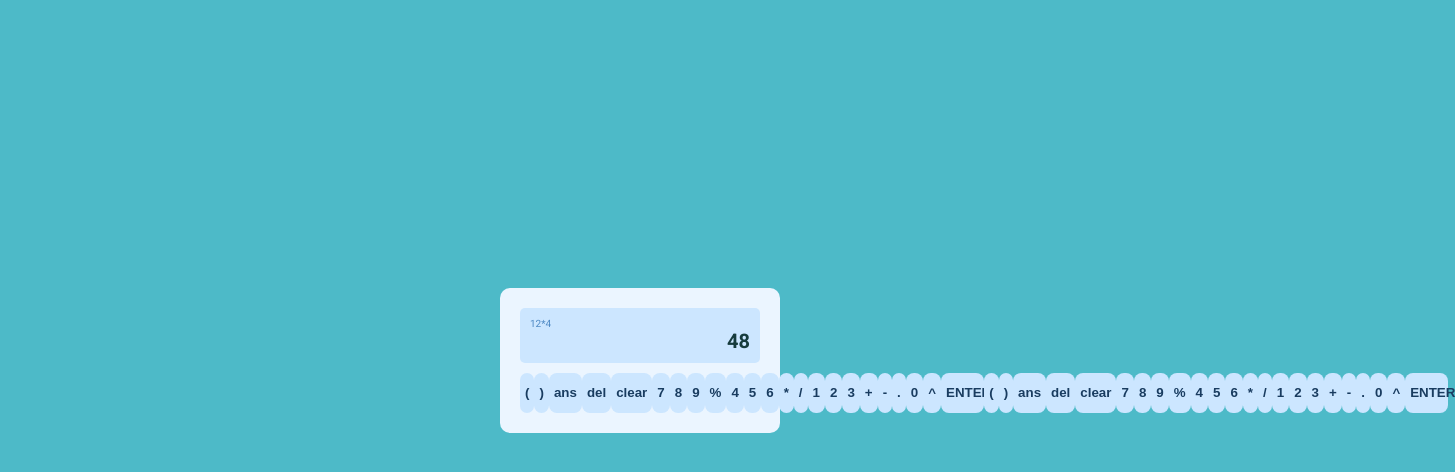
Repository: Herinyhert/Calculate-infix-a-postfix
Page: index.html
These files come from the project's save history. The page is drawn as it stood at one moment and after a run of saves; the edit follows.
The browser window is 1280 px wide. The page is 1455 px wide, then 1411 px, so the pictures cover 1455 px, including what lies to the right of the window. The pictures show the whole page.

Above is the page before, as saved 2023-11-02 19:23:29.

### index.html
<html lang="en">
  <head>
    <meta charset="UTF-8" />
    <meta http-equiv="X-UA-Compatible" content="IE=edge" />
    <meta name="viewport" content="width=device-width, initial-scale=1.0" />
    <title>Calculator</title>
    <link rel="preconnect" href="https://fonts.googleapis.com" />
    <link rel="preconnect" href="https://fonts.gstatic.com" crossorigin />
    <link
      href="https://fonts.googleapis.com/css2?family=Roboto:wght@300;400;500;700&display=swap"
      rel="stylesheet"
    />
    <link rel="stylesheet" href="css/index.css" />
  </head>
  <body>
    <div class="caculate-container">
      <div class="calculator-result-preview">
        <div id="operation">12*4</div>
        <div id="operation-result">48</div>
      </div>
      <div id="calculator-buttons"></div>
    </div>
    <script src="js/index.js" type="module"></script>
  </body>
</html>

### css/index.css
body{
    display: flex;
    justify-content: center;
    align-items: center;
    min-height: 100vh;
    background-color: #4dbac8;
    box-sizing: border-box;
    margin: 0;
    padding: 0;
    font-family: 'Roboto', sans-serif;
}
.caculate-container{
    background-color: #ebf5ff;
    padding: 20px;
    border-radius: 10px;
    width: 240px;
}
.calculator-result-preview{
    background-color: #cce6ff;
    width: auto;
    border-radius: 5px;
    padding: 10px;
}
#operation{
    color: #4f8ac5;
    font-size: 10px;
}
#operation-result{
    color: #173c3d;
    font-size: 20px;
    font-weight: bold;
    display: flex;
    justify-content: flex-end;
}
#calculator-buttons{
    display:flex;
    justify-content: space-between;
    margin-top: 10px;
}
.button{
    background-color: #cce6ff;
    padding: 5px;
    border-radius: 8px;
    width: 18%;
    height: 40px;
    border: 0;
    color: #193c60;
    font-weight: bold;
}

### js/index.js
import { buttons } from './buttons.js';
const buttonContainer = document.getElementById('calculator-buttons');
buttons.forEach(button => {
    const buttonElement = document.createElement('button');
    buttonElement.className = button.className;
    buttonElement.innerText = button.value.toString();
    buttonContainer.appendChild(buttonElement);
});

### js/buttons.js
import { calculate } from "./calculator.js";
let operation = "";
const operationContainer = document.getElementById("operation");
const operationResult = document.getElementById("operation-result");
const buttonContainer = document.getElementById("calculator-buttons");
function addValue(value) {
    operation += value;
    operationContainer.innerHTML = operation;
}
function handleCalculate(operation) {
    operationResult.innerHTML = calculate(operation).toString();
}
function handleClear() {
    operation = "";
    operationContainer.innerHTML = "";
    operationResult.innerHTML = "0";
}
function handleDelete() {
    operation = operation.slice(0, operation.length - 1);
    operationContainer.innerHTML = operation;
}
export const buttons = [
    {
        value: "(",
        className: "button small dark",
        action: addValue,
    },
    {
        value: ")",
        className: "button small dark",
        action: addValue,
    },
    {
        value: "ans",
        className: "button small dark",
        action: addValue,
    },
    {
        value: "del",
        className: "button small dark",
        action: handleDelete,
    },
    {
        value: "clear",
        className: "button small dark",
        action: handleClear,
    },
    {
        value: "7",
        className: "button",
        action: addValue,
    },
    {
        value: "8",
        className: "button",
        action: addValue,
    },
    {
        value: "9",
        className: "button",
        action: addValue,
    },
    {
        value: "%",
        className: "button dark large",
        action: addValue,
    },
    //   {
    //     value: "√",
    //     className: "button dark",
    //     action: addValue,
    //   },
    {
        value: "4",
        className: "button",
        action: addValue,
    },
    {
        value: "5",
        className: "button",
        action: addValue,
    },
    {
        value: "6",
        className: "button",
        action: addValue,
    },
    {
        value: "*",
        className: "button dark",
        action: addValue,
    },
    {
        value: "/",
        className: "button dark",
        action: addValue,
    },
    {
        value: "1",
        className: "button",
        action: addValue,
    },
    {
        value: "2",
        className: "button",
        action: addValue,
    },
    {
        value: "3",
        className: "button",
        action: addValue,
    },
    {
        value: "+",
        className: "button dark",
        action: addValue,
    },
    {
        value: "-",
        className: "button dark",
        action: addValue,
    },
    {
        value: ".",
        className: "button dark",
        action: addValue,
    },
    {
        value: "0",
        className: "button",
        action: addValue,
    },
    {
        value: "^",
        className: "button dark",
        action: addValue,
    },
    {
        value: "ENTER",
        className: "button dark large",
        action: handleCalculate,
    },
];
buttons.forEach((button) => {
    const buttonElement = document.createElement("button");
    buttonElement.className = button.className;
    buttonElement.innerText = button.value.toString();
    if (button.value === "ENTER") {
        buttonElement.addEventListener("click", () => button.action(operation));
    }
    else {
        buttonElement.addEventListener("click", () => button.action(button.value.toLocaleString()));
    }
    buttonContainer === null || buttonContainer === void 0 ? void 0 : buttonContainer.appendChild(buttonElement);
});

### js/calculator.js
import { OPERATORS } from "./enums/operators.js";
const OPERAND_STACK = [];
const OPERATOR_STACK = [];
function isOperator(operator) {
    return (operator === OPERATORS.POW ||
        operator === OPERATORS.MINUS ||
        operator === OPERATORS.PLUS ||
        operator === OPERATORS.MULTIPLY ||
        operator === OPERATORS.DIVIDE ||
        operator === OPERATORS.MODULE);
}
function getProcedence(operator) {
    if (operator === OPERATORS.POW) {
        return 3;
    }
    else if (operator === OPERATORS.MULTIPLY ||
        operator === OPERATORS.DIVIDE ||
        operator === OPERATORS.MODULE) {
        return 2;
    }
    else if (operator === OPERATORS.PLUS || operator === OPERATORS.MINUS) {
        return 1;
    }
    return -1;
}
const action = {
    [OPERATORS.DIVIDE]: (leftNumber, rightNumber) => rightNumber / leftNumber,
    [OPERATORS.PLUS]: (leftNumber, rightNumber) => leftNumber + rightNumber,
    [OPERATORS.MINUS]: (leftNumber, rightNumber) => rightNumber - leftNumber,
    [OPERATORS.MULTIPLY]: (leftNumber, rightNumber) => leftNumber * rightNumber,
    [OPERATORS.MODULE]: (leftNumber, rightNumber) => leftNumber % rightNumber,
    [OPERATORS.POW]: (leftNumber, rightNumber) => Math.pow(leftNumber, rightNumber),
};
function calculateOperation() {
    const leftSideNumber = OPERATOR_STACK.pop(); //2
    const operation = OPERAND_STACK.pop(); //+
    const rightSideNumber = OPERATOR_STACK.pop(); //2
    return action[operation](leftSideNumber, rightSideNumber);
}
function evaluateExpression(expression) {
    for (let i = 0; i < expression.length; i++) {
        let currentOperation = expression[i];
        if (!isNaN(Number(currentOperation))) {
            let currentNumber = "";
            while (!isNaN(Number(currentOperation))) {
                currentNumber = `${currentNumber}${currentOperation}`;
                i++;
                if (i < expression.length) {
                    currentOperation = expression.charAt(i);
                }
                else {
                    break;
                }
            }
            i--;
            OPERATOR_STACK.push(Number(currentNumber));
        }
        else if (currentOperation === "(") {
            OPERAND_STACK.push(currentOperation);
        }
        else if (currentOperation === ")") {
            while (OPERAND_STACK[OPERAND_STACK.length - 1] !== "(") {
                const output = calculateOperation();
                OPERATOR_STACK.push(output);
            }
            OPERAND_STACK.pop();
        }
        else if (isOperator(currentOperation)) {
            while (OPERAND_STACK.length !== 0 &&
                getProcedence(currentOperation) <=
                    getProcedence(OPERAND_STACK[OPERAND_STACK.length - 1])) {
                const output = calculateOperation();
                OPERATOR_STACK.push(output);
            }
            OPERAND_STACK.push(currentOperation);
        }
    }
    while (OPERAND_STACK.length !== 0) {
        const output = calculateOperation();
        OPERATOR_STACK.push(output);
    }
    return OPERATOR_STACK.pop();
}
export function calculate(operation) {
    return evaluateExpression(operation);
}

### js/enums/operators.js
export var OPERATORS;
(function (OPERATORS) {
    OPERATORS["PLUS"] = "+";
    OPERATORS["MINUS"] = "-";
    OPERATORS["MULTIPLY"] = "*";
    OPERATORS["DIVIDE"] = "/";
    OPERATORS["SQUARE_ROOT"] = "\u221A";
    OPERATORS["MODULE"] = "%";
    OPERATORS["POW"] = "^";
})(OPERATORS || (OPERATORS = {}));

After the next 5 saves:
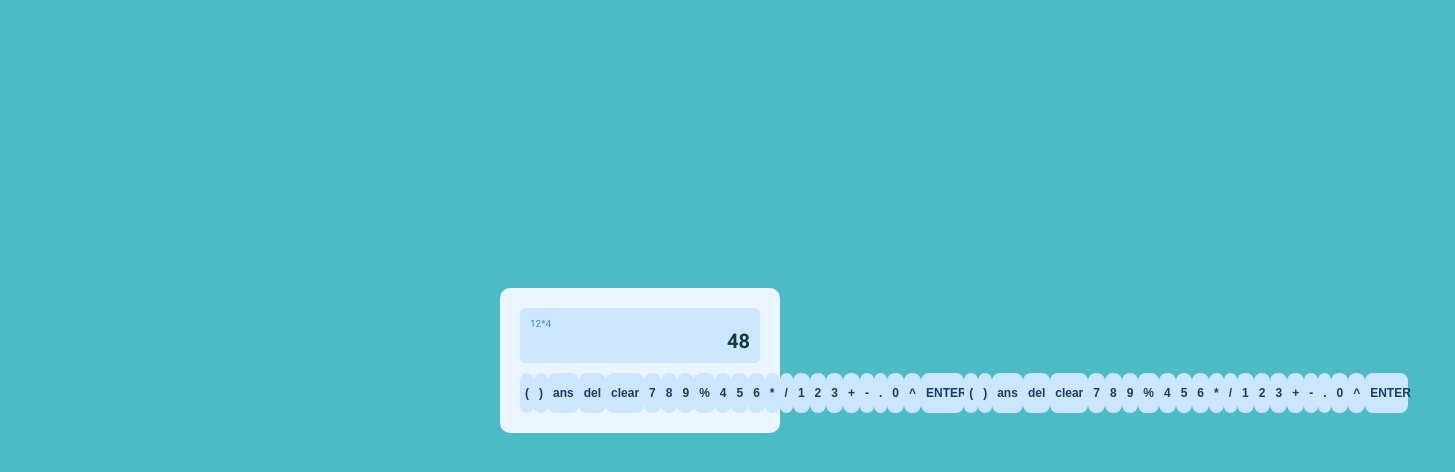
The 5 saves are shown as one change because they came seconds apart.
The last was saved 17 s later.
--- a/css/index.css
+++ b/css/index.css
@@ -46,4 +46,5 @@ body{
     border: 0;
     color: #193c60;
     font-weight: bold;
+    font-size: 12px;
 }
